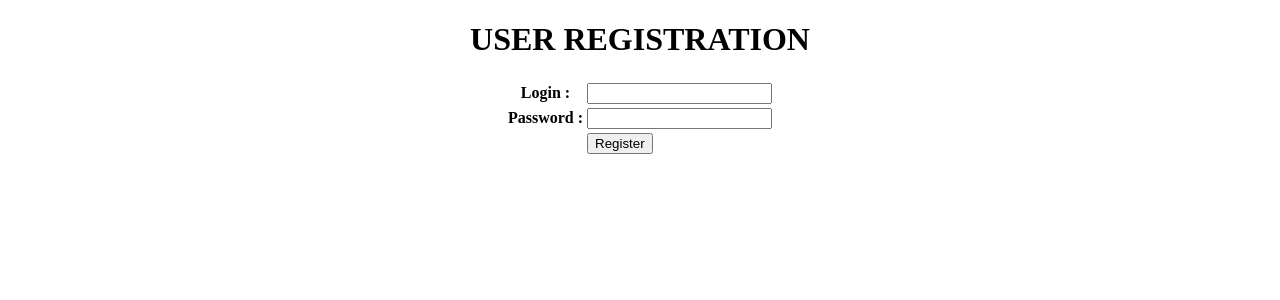
Repository: sachinmandloi1921/AdvanceJava
Page: http://localhost/Advance_Maven/loginview.jsp
The author's editor kept a copy of each file at every save. The page is drawn from the files as they stood at one save, then again after the next save.
The browser window is 1280 px wide. The pictures show the whole page.
The page is served by Tomcat 9.

Above is the page before, as saved 2022-07-11 16:43:03.

After the next save:
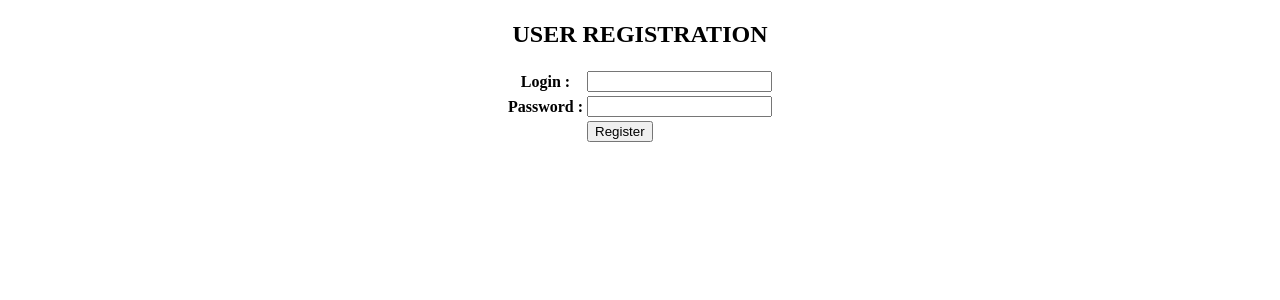
Saved 12 h 45 min later.
--- a/Advance Workspace/Advance_Maven/src/main/webapp/loginview.jsp
+++ b/Advance Workspace/Advance_Maven/src/main/webapp/loginview.jsp
@@ -10,11 +10,12 @@
 <form action="reg" method="post">
 
 		<div align="center">
-			<h1>USER REGISTRATION</h1>
+		<h1 style="background-color:DodgerBlue;"></h1>
+			<h2>USER REGISTRATION</h2>
 			<table>
 			<tr>
 					<th>Login :</th>
-					<td><input type="text" name="login" ></td>
+					<td><input type="text" name="login"  ></td>
 				</tr>
 				<tr>
 					<th>Password :</th>
